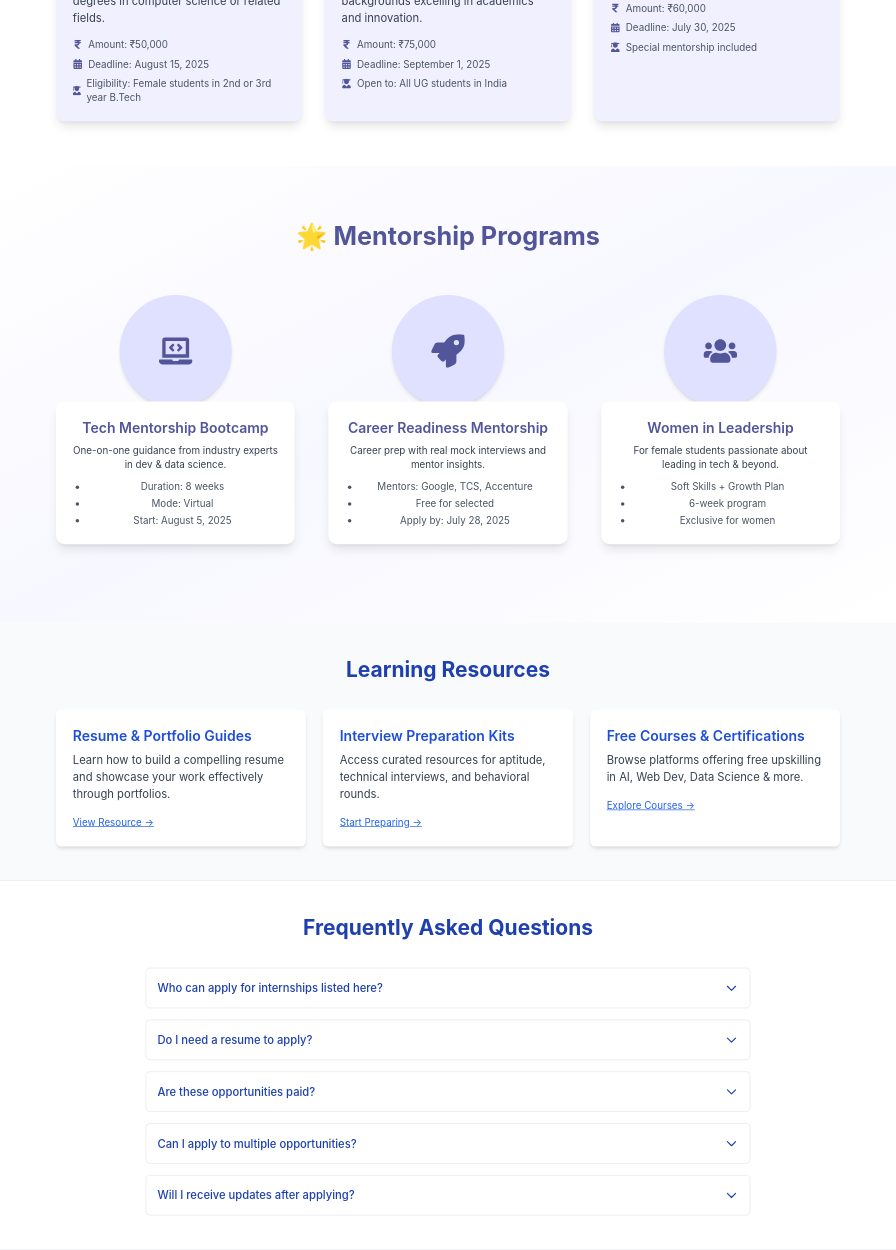
Repository: Siddharthkothiyal/GharPadhaaroCareerWebsite
Page: /#/students
An editor plug-in stored every save of this project. The page is shown before and after the next save, followed by the edit.
The browser window is 1280 px wide. The pictures show the part of the page from y = 4468 to 6388 px (the page is 6253 px tall before and 6388 px after), at 70% of full size.
The project was rebuilt for these pictures with package versions that can differ from the ones it lists, and the page was loaded fresh each time. Also part of the build but not shown: src/components/CareerPortal/JobListing/JobListings.css, src/components/CareerPortal/JobListing/JobListings.js, src/components/CareerPortal/Header.css, src/components/CareerPortal/ResumeUpload.css, src/components/CareerPortal/ResumeUpload.js, src/components/CareerPortal/Header.js, src/components/CareerPortal/JobListing/JobSearch.css, src/components/CareerPortal/JobListing/JobSearch.js and 10 more.

Above is the page before, as saved 2025-06-21 22:28:05.

### public/index.html
<!DOCTYPE html>
<html lang="en">

<head>
  <meta charset="utf-8" />
  <link rel="icon" href="%PUBLIC_URL%/favicon.ico" />
  <meta name="viewport" content="width=device-width, initial-scale=1" />
  <meta name="theme-color" content="#000000" />
  <meta name="description" content="GharPadharo - Find your perfect stay" />

  <!-- Font Awesome CDN (latest) -->
  <link rel="stylesheet" href="https://cdnjs.cloudflare.com/ajax/libs/font-awesome/6.5.2/css/all.min.css"
    integrity="sha512-SnH5WK+bZxgPHs44uWIX+LLJAJ9/2PkPKZ5QiAj6Ta86w+fsb2TkcmfRyVX3pBnMFcV7oQPJkl9QevSCWr3W6A=="
    crossorigin="anonymous" referrerpolicy="no-referrer" />

  <link rel="apple-touch-icon" href="%PUBLIC_URL%/logo192.png" />
  <title>GharPadharo</title>
</head>

<body>
  <noscript>You need to enable JavaScript to run this app.</noscript>
  <div id="root"></div>
  <!--
      This HTML file is a template.
      If you open it directly in the browser, you will see an empty page.

      You can add webfonts, meta tags, or analytics to this file.
      The build step will place the bundled scripts into the <body> tag.

      To begin the development, run `npm start` or `yarn start`.
      To create a production bundle, use `npm run build` or `yarn build`.
    -->
</body>

</html>

### src/index.css
@tailwind base;
@tailwind components;
@tailwind utilities;

/* You can keep your custom CSS below if needed */

body {
  margin: 0;
  font-family: -apple-system, BlinkMacSystemFont, 'Segoe UI', 'Roboto', 'Oxygen',
    'Ubuntu', 'Cantarell', 'Fira Sans', 'Droid Sans', 'Helvetica Neue',
    sans-serif;
  -webkit-font-smoothing: antialiased;
  -moz-osx-font-smoothing: grayscale;
}

code {
  font-family: source-code-pro, Menlo, Monaco, Consolas, 'Courier New',
    monospace;
}

### src/components/CareerPortal/CareerPortal.css
/* GharPadharo Career Portal Styles */
:root {
  --gharpadhaaro-blue: #0866ff;
  --gharpadhaaro-blue-dark: #0756d6;
  --gharpadhaaro-gray: #f0f2f5;
  --gharpadhaaro-text: #1c1e21;
  --gharpadhaaro-text-secondary: #65676b;
  --gharpadhaaro-white: #ffffff;
  --gharpadhaaro-border: #dadde1;
  --gharpadhaaro-success: #42b72a;
  --gharpadhaaro-error: #fa383e;
  --gharpadhaaro-shadow: rgba(0, 0, 0, 0.1);
  --gharpadhaaro-radius: 8px;
  --gharpadhaaro-transition: all 0.2s ease;
}

/* Global Styles */
.career-portal {
  font-family: 'Optimistic Display', -apple-system, BlinkMacSystemFont, 'Segoe UI', Roboto, Oxygen, Ubuntu, Cantarell, 'Open Sans', 'Helvetica Neue', sans-serif;
  color: var(--gharpadhaaro-text);
  line-height: 1.5;
  background-color: var(--gharpadhaaro-white);
}

.container {
  max-width: 1200px;
  margin: 0 auto;
  padding: 0 24px;
}

/* Hero Section */
.hero-section {
  background: linear-gradient(135deg, #0866ff 0%, #535699 100%);
  color: var(--meta-white);
  padding: 100px 0;
  text-align: center;
}

.hero-content {
  max-width: 800px;
  margin: 0 auto;
  padding: 0 24px;
}

.hero-content h1 {
  font-size: 48px;
  font-weight: 700;
  margin-bottom: 24px;
  line-height: 1.2;
}

.hero-content p {
  color: black;
  font-size: 20px;
  margin-bottom: 40px;
  margin-left: 70px;

}

/* Job Search Section */
.job-search-section {
  padding: 60px 0;
  background-color: var(--meta-white);
}

.filters-and-results {
  display: grid;
  grid-template-columns: 300px 1fr;
  gap: 30px;
}

/* Featured Teams Section */
.featured-teams-section {
  padding: 80px 0;
  background-color: var(--meta-gray);
}

.featured-teams-section h2 {
  font-size: 36px;
  font-weight: 700;
  margin-bottom: 16px;
  text-align: center;
}

.featured-teams-section p {
  font-size: 18px;
  color: var(--meta-text-secondary);
  max-width: 700px;
  margin: 0 auto 40px;
  text-align: center;
}

/* Buttons */
.btn {
  display: inline-flex;
  align-items: center;
  justify-content: center;
  padding: 12px 24px;
  border-radius: 0px;
  font-weight: 600;
  font-size: 16px;
  cursor: pointer;
  transition: var(--meta-transition);
  border: none;
}

.btn-primary {
  background-color: var(--meta-blue);
  color: var(--meta-white);
}

.btn-primary:hover {
  background-color: var(--meta-blue-dark);
}

.btn-secondary {
  background-color: var(--meta-gray);
  color: var(--meta-text);
  margin-left: 50px;
}

.btn-secondary:hover {
  background-color: #e4e6eb;
}

/* Form Elements */
.input-group {
  position: relative;
  margin-bottom: 16px;
}

.input-field {
  width: 100%;
  padding: 14px 16px;
  border-radius: var(--meta-radius);
  border: 1px solid var(--meta-border);
  font-size: 16px;
  transition: var(--meta-transition);
}

.input-field:focus {
  border-color: var(--meta-blue);
  outline: none;
  box-shadow: 0 0 0 2px rgba(8, 102, 255, 0.2);
}

/* Responsive */
@media (max-width: 992px) {
  .filters-and-results {
    grid-template-columns: 1fr;
  }

  .hero-content h1 {
    font-size: 36px;
  }

  .hero-content p {
    font-size: 18px;
  }
}

@media (max-width: 576px) {
  .hero-content h1 {
    font-size: 28px;
  }

  .hero-content p {
    font-size: 16px;
  }

  .featured-teams-section h2 {
    font-size: 28px;
  }
}

### src/components/Auth/Auth.css
/* Auth.css - Styles for Login and Signup components */

:root {
  --primary-color: #535699; /* GharPadharo blue */
  --secondary-color: #42B72A; /* GharPadharo green */
  --text-color: #1C1E21;
  --light-text: #606770;
  --error-color: #FA383E;
  --border-color: #DADDE1;
  --background-color: #F0F2F5;
  --card-background: #FFFFFF;
  --hover-color: #E7F3FF;
  --focus-shadow: 0 0 0 2px rgba(83, 86, 153, 0.2);
}

/* Auth Container */
.auth-container {
  display: flex;
  justify-content: center;
  align-items: center;
  min-height: 100vh;
  background-color: var(--background-color);
  padding: 20px;
}

/* Auth Card */
.auth-card {
  background-color: var(--card-background);
  border-radius: 8px;
  box-shadow: 0 2px 4px rgba(0, 0, 0, 0.1), 0 8px 16px rgba(0, 0, 0, 0.1);
  width: 100%;
  max-width: 400px;
  padding: 20px;
}

/* Auth Header */
.auth-header {
  text-align: center;
  margin-bottom: 20px;
}

.auth-logo {
  width: 40px;
  height: 40px;
  margin-bottom: 10px;
}

.auth-header h2 {
  font-size: 24px;
  font-weight: 600;
  color: var(--text-color);
  margin: 0;
}

.gharpadharo-logo{
  width: 60px;
  height: 60px;
}

/* Auth Form */
.auth-form {
  display: flex;
  flex-direction: column;
  gap: 16px;
}

.form-group {
  display: flex;
  flex-direction: column;
}

.form-group label {
  font-size: 14px;
  font-weight: 500;
  margin-bottom: 6px;
  color: var(--text-color);
}

.form-group input {
  padding: 12px 14px;
  border: 1px solid var(--border-color);
  border-radius: 6px;
  font-size: 16px;
  transition: border-color 0.2s, box-shadow 0.2s;
}

.form-group input:focus {
  outline: none;
  border-color: #535699;
  box-shadow: var(--focus-shadow);
}

.form-group input.error {
  border-color: var(--error-color);
}

.error-message {
  color: var(--error-color);
  font-size: 12px;
  margin-top: 4px;
}

/* Terms and Privacy */
.terms-privacy {
  font-size: 12px;
  color: 535699;
  margin-bottom: 10px;
  text-align: center;
}

.terms-privacy a {
  color: 535699;
  text-decoration: none;
}

.terms-privacy a:hover {
  text-decoration: underline;
}

/* Auth Button */
.auth-button {
  background-color: #535699;
  color: white;
  border: none;
  border-radius: 6px;
  padding: 12px;
  font-size: 16px;
  font-weight: 600;
  cursor: pointer;
  transition: background-color 0.2s;
  margin-top: 10px;
}

.auth-button:hover {
  background-color: #535699;
}

/* Auth Footer */
.auth-footer {
  margin-top: 20px;
  text-align: center;
}

.forgot-password {
  color: #535699;
  text-decoration: none;
  font-size: 14px;
  display: block;
  margin-bottom: 16px;
}

.forgot-password:hover {
  text-decoration: underline;
}

.auth-redirect {
  font-size: 14px;
  color: var(--light-text);
  margin: 0;
}

.auth-redirect a {
  color: #535699;
  text-decoration: none;
  font-weight: 500;
}

.auth-redirect a:hover {
  text-decoration: underline;
}

/* Responsive adjustments */
@media (max-width: 480px) {
  .auth-card {
    padding: 16px;
  }

  .auth-header h2 {
    font-size: 20px;
  }

  .form-group input {
    padding: 10px 12px;
    font-size: 14px;
  }

  .auth-button {
    padding: 10px;
    font-size: 14px;
  }
}

### src/components/LandingPage/LandingPage.css
/* LandingPage.css - Styles for the landing page */

:root {
  --primary-color: #535699; /* GharPadharo blue */
  --secondary-color: #42B72A; /* GharPadharo green */
  --text-color: #1C1E21;
  --light-text: #606770;
  --border-color: #DADDE1;
  --background-color: #F0F2F5;
  --card-background: #FFFFFF;
  --hover-color: #c8e4ff;
  --focus-shadow: 0 0 0 2px rgba(24, 119, 242, 0.2);
  --border-color: #blue;
  --background-color: #535699;
  --card-background: white;
  --hover-color: #E7F3FF;
  --focus-shadow: 0 0 0 2px rgba(83, 86, 153, 0.2);
}
/* General Styles */
.landing-page {
  font-family: 'Segoe UI', 'Helvetica Neue', sans-serif;
  color: var(--text-color);
  line-height: 1.5;
}

.container {
  max-width: 1200px;
  margin: 0 auto;
  padding: 0 20px;
}

section {
  padding: 60px 0;
}

h1, h2, h3, h4 {
  margin-top: 0;
  font-weight: 600;
}

h1 {
  font-size: 3rem;
  line-height: 1.2;
  margin-bottom: 20px;
}

h2 {
  font-size: 2.25rem;
  margin-bottom: 30px;
  text-align: center;
}

h3 {
  font-size: 1.5rem;
  margin-bottom: 15px;
}

p {
  margin-bottom: 20px;
}

.btn {
  display: inline-block;
  padding: 12px 24px;
  border-radius: 6px;
  font-weight: 600;
  text-decoration: none;
  text-align: center;
  cursor: pointer;
  transition: all 0.2s ease;
  margin-right: 12px;
  margin-bottom: 12px;
}

.btn-primary {
  background-color:  #0CAFFF;
  color: white;
  border: none;
}

.btn-primary:hover {
  background-color: whitesmoke;
  color: black;
}

.btn-secondary {
  background-color: var(--secondary-color);
  color: white;
  border: none;
}

.btn-secondary:hover {
  background-color: whitesmoke;
  color: black;
}

.btn-outline {
  background-color: white;
  color: black;
  border: white;
}

.btn-outline:hover {
  background-color: #0CAFFF;
  color: black;
}

/* Hero Section */
.hero {
  background-color: var(--background-color);
  padding: 80px 0;
}

.hero .container {
  display: flex;
  align-items: center;
  justify-content: space-between;
  gap: 40px;
}

.hero-content {
  flex: 1;
}

.hero-content p {
  font-size: 1.25rem;
  color: 535699;
  margin-bottom: 30px;
  max-width: 900px;
  margin-left: 8.5px;
}

.hero-buttons {
  display: flex;
  flex-wrap: wrap;
}

.hero-image {
  flex: 1;
  display: flex;
  justify-content: center;
  align-items: center;
}

.image-placeholder {
  background-color: 535699;
  border-radius: 12px;
  padding: 20px;
  display: flex;
  justify-content: center;
  align-items: center;
}


/* Features Section */
.features {
  background-color: white;
}

.features-grid {
  display: grid;
  grid-template-columns: repeat(auto-fit, minmax(250px, 1fr));
  gap: 30px;
  margin-top: 40px;
}

.feature-card {
  background-color: var(--card-background);
  border-radius: 12px;
  padding: 30px;
  box-shadow: 0 2px 4px rgba(0, 0, 0, 0.05);
  transition: transform 0.3s ease, box-shadow 0.3s ease;
}

.feature-card:hover {
  transform: scale(1.05);
  box-shadow: 0 10px 20px rgba(0, 0, 0, 0.1);
}

.feature-icon {
  margin-bottom: 20px;
}

.feature-card h3 {
  color: var(--text-color);
}

.feature-card p {
  color: var(--light-text);
  margin-bottom: 0;
}

/* Teams Section */
.teams-section {
  background-color: var(--background-color);
}

.section-description {
  text-align: center;
  max-width: 700px;
  margin: 0 auto 40px;
  color:white;
  font-size: 1.1rem;
}

.teams-carousel {
  display: grid;
  grid-template-columns: repeat(auto-fit, minmax(250px, 1fr));
  gap: 20px;
  margin-top: 30px;
}

.team-item {
  background-color: white;
  border-radius: 8px;
  padding: 25px;
  box-shadow: 0 2px 4px rgba(0, 0, 0, 0.05);
  transition: transform 0.3s ease;
}

.team-item:hover {
  transform: translateY(-5px);
}

.team-item h3 {
  color: var(--primary-color);
  margin-bottom: 10px;
}

.team-item p {
  color: var(--light-text);
  margin-bottom: 15px;
}

.team-link {
  color: var(--primary-color);
  text-decoration: none;
  font-weight: 600;
  display: inline-flex;
  align-items: center;
}

.team-link span {
  margin-left: 5px;
  transition: transform 0.2s ease;
}

.team-link:hover span {
  transform: translateX(3px);
}

/* Testimonials Section */
.testimonials {
  background-color: white;
}

.testimonial-card {
  max-width: 800px;
  margin: 0 auto;
  background-color: var(--card-background);
  border-radius: 12px;
  padding: 40px;
  box-shadow: 0 4px 12px rgba(0, 0, 0, 0.08);
  position: relative;
}

.quote-mark {
  font-size: 60px;
  color: var(--primary-color);
  opacity: 0.2;
  position: absolute;
  top: 20px;
  left: 20px;
  line-height: 1;
}

.testimonial-text {
  font-size: 1.25rem;
  line-height: 1.6;
  margin-bottom: 30px;
  position: relative;
  z-index: 1;
}

.testimonial-author {
  display: flex;
  align-items: center;
}

.author-avatar {
  width: 50px;
  height: 50px;
  border-radius: 50%;
  background-color: var(--primary-color);
  margin-right: 15px;
}

.author-info h4 {
  margin: 0;
  font-size: 1.1rem;
}

.author-info p {
  margin: 5px 0 0;
  color: var(--light-text);
  font-size: 0.9rem;
}

/* CTA Section */
.cta-section {
  background-color: var(--primary-color);
  color: white;
  text-align: center;
  padding: 80px 0;
}

.cta-section h2 {
  color: white;
  margin-bottom: 15px;
}

.cta-section p {
  color: rgba(255, 255, 255, 0.9);
  font-size: 1.2rem;
  margin-bottom: 30px;
  max-width: 700px;
  margin-left: auto;
  margin-right: auto;
}

.cta-buttons {
  display: flex;
  justify-content: center;
  flex-wrap: wrap;
  gap: 15px;
}

.cta-section .btn-primary {
  background-color: #42B72A;
  color:black;
}

.cta-section .btn-primary:hover {
  background-color: #f5f5f5;
}

.cta-section .btn-secondary {
  background-color: transparent;
  color: white;
  border: 1px solid white;
}

.cta-section .btn-secondary:hover {
  background-color: rgba(255, 255, 255, 0.1);
}

/* Responsive Styles */
@media (max-width: 992px) {
  h1 {
    font-size: 2.5rem;
  }

  h2 {
    font-size: 2rem;
  }

  .hero .container {
    flex-direction: column;
  }

  .hero-content, .hero-image {
    flex: none;
    width: 100%;
    text-align: center;
  }

  .hero-content p {
    margin-left: auto;
    margin-right: auto;
  }

  .hero-buttons {
    justify-content: center;
  }
}

@media (max-width: 768px) {
  section {
    padding: 40px 0;
  }

  h1 {
    font-size: 2rem;
  }

  h2 {
    font-size: 1.75rem;
  }

  .features-grid, .teams-carousel {
    grid-template-columns: 1fr;
  }

  .testimonial-card {
    padding: 30px 20px;
  }

  .testimonial-text {
    font-size: 1.1rem;
  }
}

### src/components/CareerPortal/StudentsPage/sections/Resources.js
import React from "react";

const Resources = () => {
  return (
    <section className="py-12 bg-gray-50">
      <div className="max-w-6xl mx-auto px-4">
        <h2 className="text-3xl font-bold text-center text-blue-800 mb-10">
          Learning Resources
        </h2>

        <div className="grid md:grid-cols-3 gap-6">
          {/* Resource 1 */}
          <div className="bg-white rounded-lg shadow-md p-6 hover:shadow-lg transition">
            <h3 className="text-xl font-semibold text-blue-700 mb-2">
              Resume & Portfolio Guides
            </h3>
            <p className="text-gray-700 mb-4">
              Learn how to build a compelling resume and showcase your work effectively through portfolios.
            </p>
            <a
              href="https://example.com/resume-guide"
              target="_blank"
              rel="noreferrer"
              className="text-sm text-blue-600 underline"
            >
              View Resource →
            </a>
          </div>

          {/* Resource 2 */}
          <div className="bg-white rounded-lg shadow-md p-6 hover:shadow-lg transition">
            <h3 className="text-xl font-semibold text-blue-700 mb-2">
              Interview Preparation Kits
            </h3>
            <p className="text-gray-700 mb-4">
              Access curated resources for aptitude, technical interviews, and behavioral rounds.
            </p>
            <a
              href="https://example.com/interview-prep"
              target="_blank"
              rel="noreferrer"
              className="text-sm text-blue-600 underline"
            >
              Start Preparing →
            </a>
          </div>

          {/* Resource 3 */}
          <div className="bg-white rounded-lg shadow-md p-6 hover:shadow-lg transition">
            <h3 className="text-xl font-semibold text-blue-700 mb-2">
              Free Courses & Certifications
            </h3>
            <p className="text-gray-700 mb-4">
              Browse platforms offering free upskilling in AI, Web Dev, Data Science & more.
            </p>
            <a
              href="https://example.com/free-courses"
              target="_blank"
              rel="noreferrer"
              className="text-sm text-blue-600 underline"
            >
              Explore Courses →
            </a>
          </div>
        </div>
      </div>
    </section>
  );
};

export default Resources;

Loaded but not shown: src/index.js (common file); src/reportWebVitals.js (common file); src/App.css (common file); tailwind.config.js (common file); src/components/CareerPortal/StudentsPage/sections/Scholarships.js (81 lines, source omitted); src/components/CareerPortal/StudentsPage/sections/Internships.js (102 lines, source omitted); src/components/CareerPortal/StudentsPage/sections/Mentorship.js (78 lines, source omitted); src/components/CareerPortal/StudentsPage/sections/FreshersJob.js (102 lines, source omitted); src/components/CareerPortal/StudentsPage/sections/Webinars.js (62 lines, source omitted); src/components/CareerPortal/StudentsPage/sections/FAQs.js (76 lines, source omitted); src/components/CareerPortal/StudentsPage/sections/Hackathons.js (62 lines, source omitted); src/components/CareerPortal/StudentsPage/sections/EarlyCareers.js (74 lines, source omitted); src/App.js (49 lines, source omitted); src/components/CareerPortal/StudentsPage/StudentsPage.js (66 lines, source omitted)

After the next save:
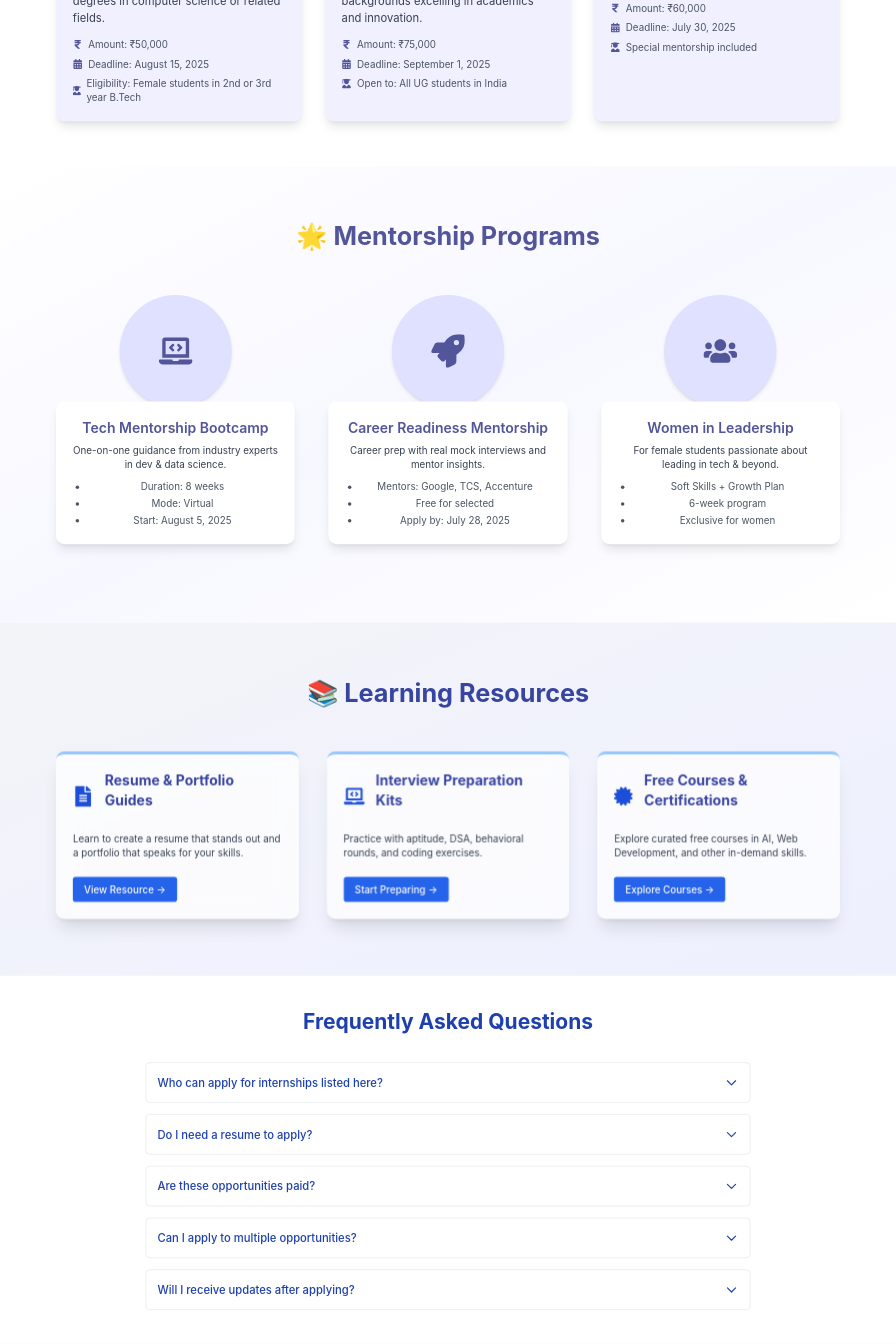
Saved 70 s later.
--- a/src/components/CareerPortal/StudentsPage/sections/Resources.js
+++ b/src/components/CareerPortal/StudentsPage/sections/Resources.js
@@ -1,63 +1,73 @@
 import React from "react";
+import { FaFileAlt, FaLaptopCode, FaCertificate } from "react-icons/fa";
 
 const Resources = () => {
   return (
-    <section className="py-12 bg-gray-50">
+    <section className="py-20 bg-gradient-to-br from-[#f3f4f8] to-[#eef0ff]">
       <div className="max-w-6xl mx-auto px-4">
-        <h2 className="text-3xl font-bold text-center text-blue-800 mb-10">
-          Learning Resources
+        <h2 className="text-4xl font-bold text-center text-[#3744a0] mb-16">
+          📚 Learning Resources
         </h2>
 
-        <div className="grid md:grid-cols-3 gap-6">
+        <div className="grid md:grid-cols-3 gap-10">
           {/* Resource 1 */}
-          <div className="bg-white rounded-lg shadow-md p-6 hover:shadow-lg transition">
-            <h3 className="text-xl font-semibold text-blue-700 mb-2">
-              Resume & Portfolio Guides
-            </h3>
-            <p className="text-gray-700 mb-4">
-              Learn how to build a compelling resume and showcase your work effectively through portfolios.
+          <div className="bg-white/70 backdrop-blur-lg rounded-xl shadow-xl p-6 hover:shadow-2xl transition-all duration-300 border-t-4 border-blue-300">
+            <div className="flex items-center gap-4 mb-4">
+              <FaFileAlt className="text-3xl text-blue-700" />
+              <h3 className="text-xl font-bold text-[#3744a0]">
+                Resume & Portfolio Guides
+              </h3>
+            </div>
+            <p className="text-gray-700 text-sm mb-6">
+              Learn to create a resume that stands out and a portfolio that speaks for your skills.
             </p>
             <a
               href="https://example.com/resume-guide"
               target="_blank"
               rel="noreferrer"
-              className="text-sm text-blue-600 underline"
+              className="inline-block text-sm font-medium bg-blue-600 text-white py-2 px-4 rounded hover:bg-blue-700 transition"
             >
               View Resource →
             </a>
           </div>
 
           {/* Resource 2 */}
-          <div className="bg-white rounded-lg shadow-md p-6 hover:shadow-lg transition">
-            <h3 className="text-xl font-semibold text-blue-700 mb-2">
-              Interview Preparation Kits
-            </h3>
-            <p className="text-gray-700 mb-4">
-              Access curated resources for aptitude, technical interviews, and behavioral rounds.
+          <div className="bg-white/70 backdrop-blur-lg rounded-xl shadow-xl p-6 hover:shadow-2xl transition-all duration-300 border-t-4 border-blue-300">
+            <div className="flex items-center gap-4 mb-4">
+              <FaLaptopCode className="text-3xl text-blue-700" />
+              <h3 className="text-xl font-bold text-[#3744a0]">
+                Interview Preparation Kits
+              </h3>
+            </div>
+            <p className="text-gray-700 text-sm mb-6">
+              Practice with aptitude, DSA, behavioral rounds, and coding exercises.
             </p>
             <a
               href="https://example.com/interview-prep"
               target="_blank"
               rel="noreferrer"
-              className="text-sm text-blue-600 underline"
+              className="inline-block text-sm font-medium bg-blue-600 text-white py-2 px-4 rounded hover:bg-blue-700 transition"
             >
               Start Preparing →
             </a>
           </div>
 
           {/* Resource 3 */}
-          <div className="bg-white rounded-lg shadow-md p-6 hover:shadow-lg transition">
-            <h3 className="text-xl font-semibold text-blue-700 mb-2">
-              Free Courses & Certifications
-            </h3>
-            <p className="text-gray-700 mb-4">
-              Browse platforms offering free upskilling in AI, Web Dev, Data Science & more.
+          <div className="bg-white/70 backdrop-blur-lg rounded-xl shadow-xl p-6 hover:shadow-2xl transition-all duration-300 border-t-4 border-blue-300">
+            <div className="flex items-center gap-4 mb-4">
+              <FaCertificate className="text-3xl text-blue-700" />
+              <h3 className="text-xl font-bold text-[#3744a0]">
+                Free Courses & Certifications
+              </h3>
+            </div>
+            <p className="text-gray-700 text-sm mb-6">
+              Explore curated free courses in AI, Web Development, and other in-demand skills.
             </p>
             <a
               href="https://example.com/free-courses"
               target="_blank"
               rel="noreferrer"
-              className="text-sm text-blue-600 underline"
+              className="inline-block text-sm font-medium bg-blue-600 text-white py-2 px-4 rounded hover:bg-blue-700 transition"
             >
               Explore Courses →
             </a>
